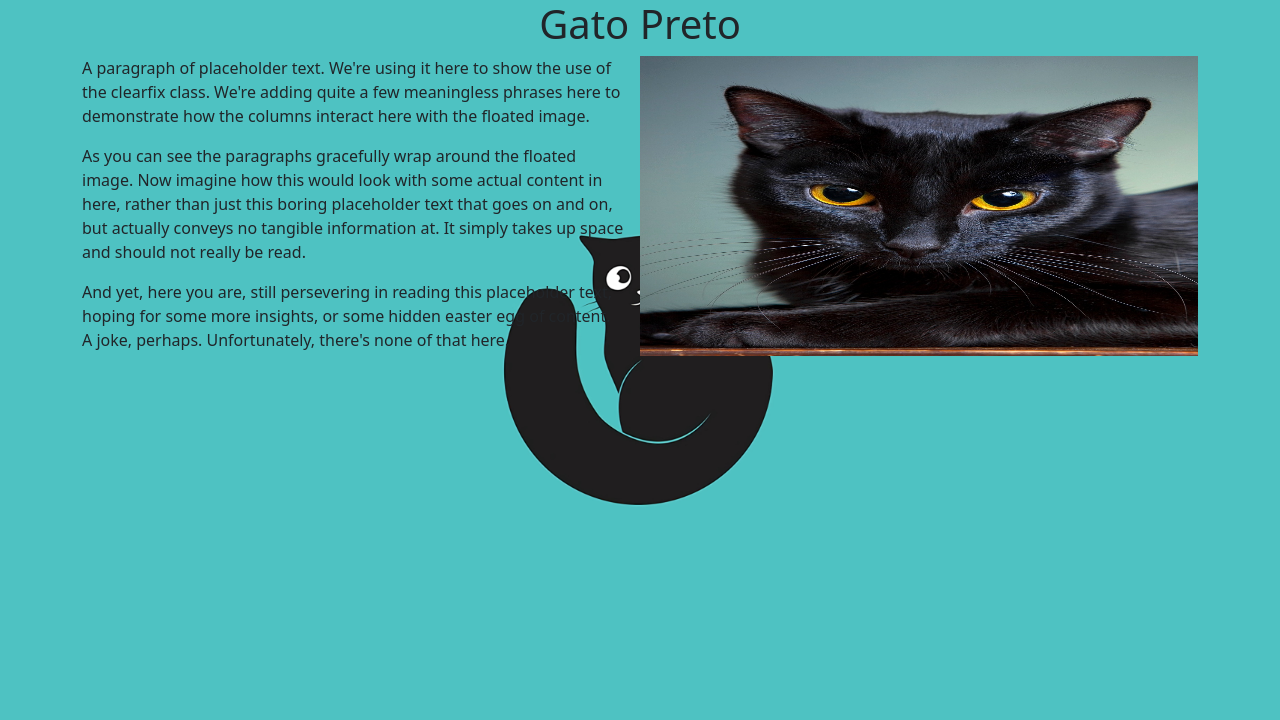
Repository: SktYzu/gatitu
Page: index.html
The author's editor kept a copy of each file at every save. The page is drawn from the files as they stood at one save, then again after the next save.
The browser window is 1280 px wide. The pictures show the whole page.

Above is the page before, as saved 2023-11-27 15:02:15.

### index.html
<!DOCTYPE html>
<html lang="pt-BR">

<head>
    <meta charset="UTF-8">
    <meta name="viewport" content="width=device-width, initial-scale=1.0">
    <link rel="stylesheet" href="https://cdn.jsdelivr.net/npm/bootstrap@5.3.2/dist/css/bootstrap.min.css">
    <script src="https://cdn.jsdelivr.net/npm/bootstrap@5.3.2/dist/js/bootstrap.bundle.min.js"
        integrity="sha384-C6RzsynM9kWDrMNeT87bh95OGNyZPhcTNXj1NW7RuBCsyN/o0jlpcV8Qyq46cDfL"
        crossorigin="anonymous"></script>
    <title>Teste</title>
    <style>
        body {
            background-image: url('cat.jpg');
            background-size: cover;
        }
    </style>
</head>

<body>

    <h1 class="container text-center">Gato Preto</h1>
    <div class="container">

        <div class="clearfix">
            <img src="preto.jpg" class="col-md-6 float-md-end mb-3 ms-md-3" alt="..." width="400" height="300">

            <p>
                A paragraph of placeholder text. We're using it here to show the use of the clearfix class. We're adding
                quite a few meaningless phrases here to demonstrate how the columns interact here with the floated
                image.
            </p>

            <p>
                As you can see the paragraphs gracefully wrap around the floated image. Now imagine how this would look
                with
                some actual content in here, rather than just this boring placeholder text that goes on and on, but
                actually
                conveys no tangible information at. It simply takes up space and should not really be read.
            </p>

            <p>
                And yet, here you are, still persevering in reading this placeholder text, hoping for some more
                insights, or
                some hidden easter egg of content. A joke, perhaps. Unfortunately, there's none of that here.
            </p>
        </div>
    </div>


</body>

</html>

After the next save:
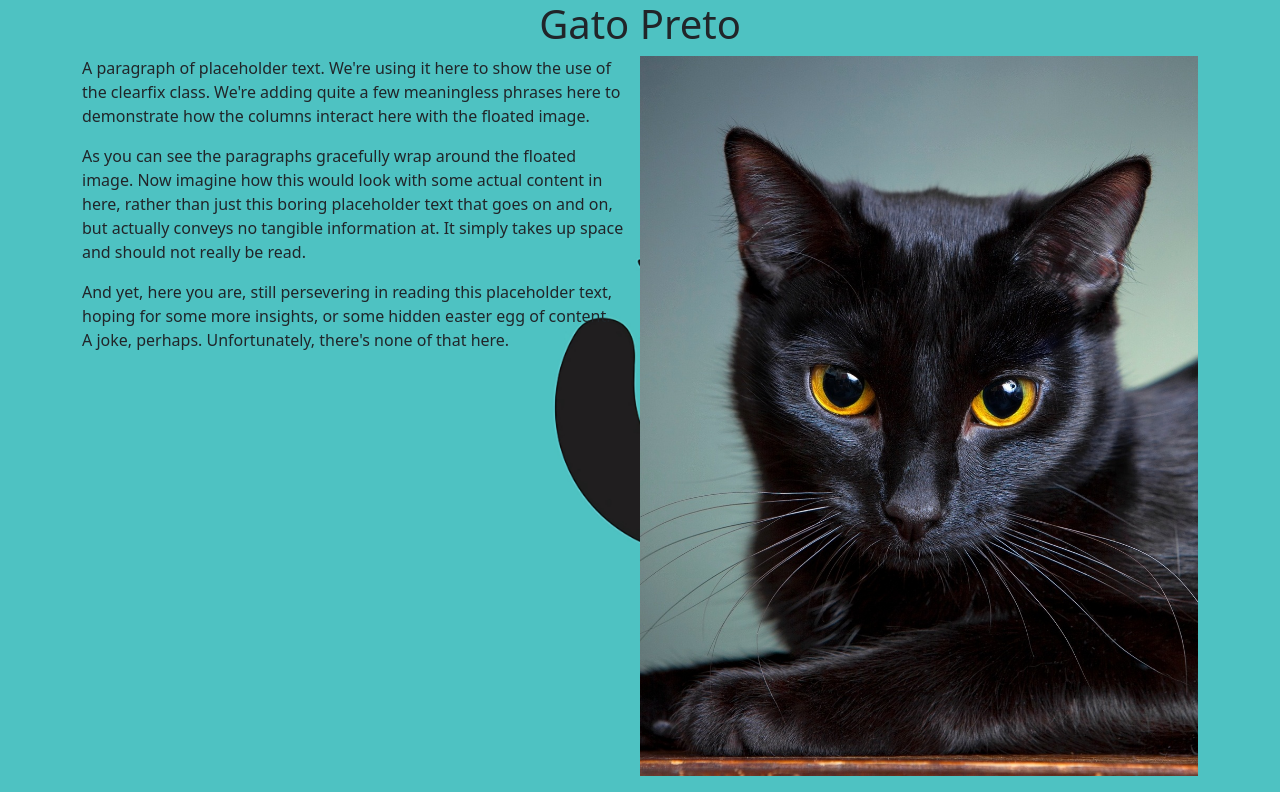
Saved 6 s later.
--- a/index.html
+++ b/index.html
@@ -23,7 +23,7 @@
     <div class="container">
 
         <div class="clearfix">
-            <img src="preto.jpg" class="col-md-6 float-md-end mb-3 ms-md-3" alt="..." width="400" height="300">
+            <img src="preto.jpg" class="col-md-6 float-md-end mb-3 ms-md-3" alt="..." width="400" height="720">
 
             <p>
                 A paragraph of placeholder text. We're using it here to show the use of the clearfix class. We're adding
